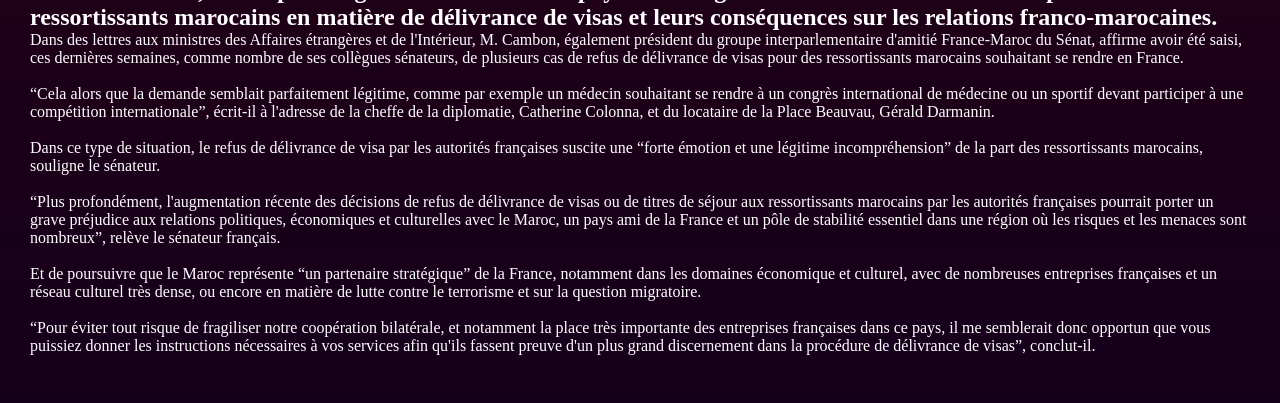
Repository: SD-Mdouka/site-n-b
Page: /
The author's editor kept a copy of each file at every save. The page is drawn from the files as they stood at one save, then again after the next save.
The browser window is 1280 px wide. The pictures show the part of the page from y = 800 to 1461 px (the page is 1203 px tall before and 1461 px after).
The project was rebuilt for these pictures with package versions that can differ from the ones it lists, and the page was loaded fresh each time.

Above is the page before, as saved 2022-09-22 16:16:26.

After the next save:
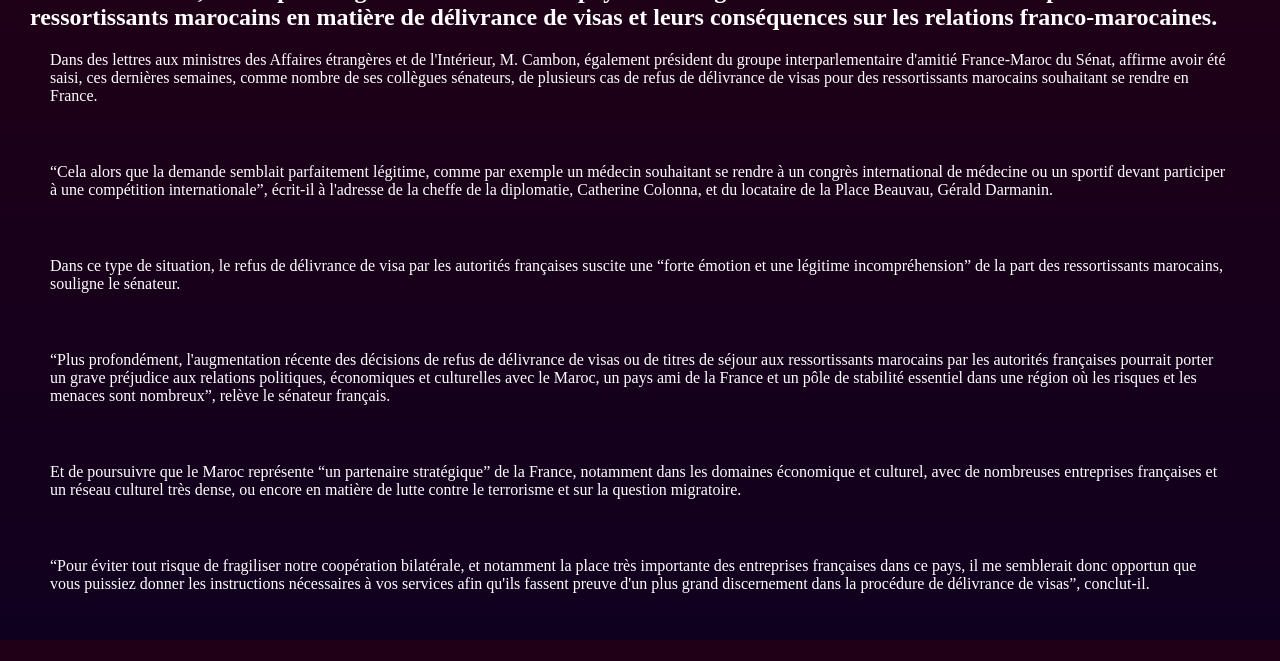
Saved 28 s later.
--- a/src/App.css
+++ b/src/App.css
@@ -85,6 +85,10 @@ header ul li a:hover,
     padding: 30px;
 }
 
+.content p {
+    margin: 20px;
+}
+
 
 /*
 
@@ -95,6 +99,4 @@ header ul li a:hover,
     font-size: 30px;
 }
 
-.content p {
-    margin: 20px;
-} */
+ */
